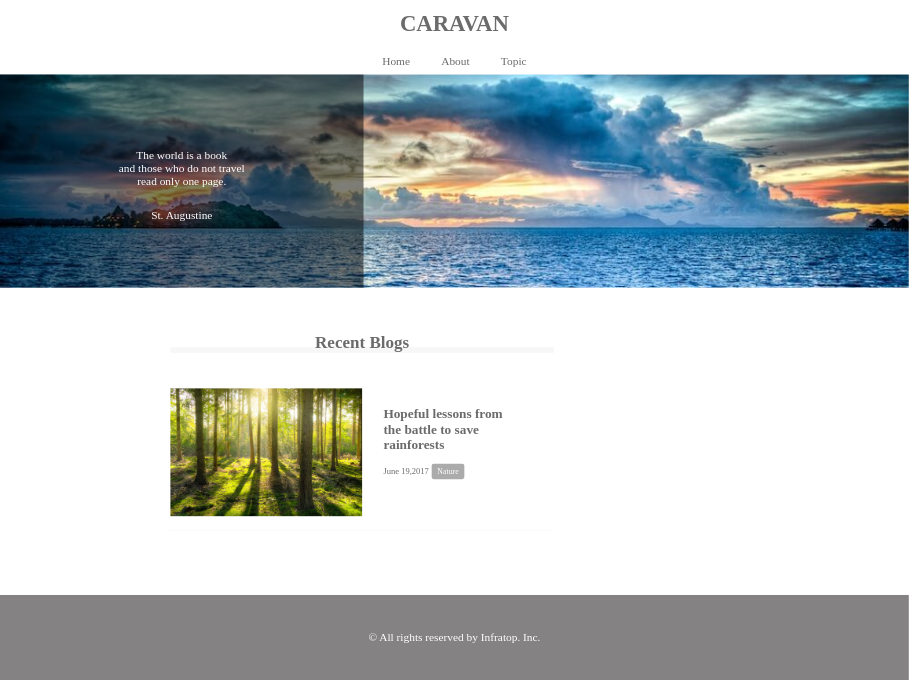
Repository: hira14t/git-practice
Page: caravan/index.html
The author's editor kept a record of every edit. The page is drawn from the files as they stood at one moment, then again after the next edit.
The browser window is 1280 px wide. The pictures show the whole page, at 71% of full size.

Above is the page before.

### caravan/index.html
<!DOCTYPE html>
<html lang="ja">
  <head>
    <meta charset="UTF-8" />

    <link rel="stylesheet" href="style.css" />
    <title>CARAVAN</title>
  </head>

  <body>

    <header>
      <h1 class="heading">
        <a href="index.html">
        CARAVAN
        </a>
      </h1>
    </header>

    <nav>
     <ul class="nav-list">
      <li class="nav-list-item">
        <a href="index.html">Home</a>
      </li>
      <li class="nav-list-item">About</li>
      <li class="nav-list-item">Topic</li>
     </ul>
    </nav>

    <div class="main-visual">
      <div class="main-visual-content">
        <p class="main-visual-text">
          The world is a book <br/>
          and those who do not travel </br>
          read only one page.
        </p>
        <p class="main-visual-name">
          St. Augustine
        </p>
      </div>
    </div>

    <main>
      <section class="blog">
        <h2 class="blog-heading">Recent Blogs</h2>
        <div class="blog-box">
          <div class="blog-item">
            <img class="blog-image" src="img/forest.jpg"/>
            <section class="blog-text">
              <h3 class="blog-text-heading">
                <a href="single.html">
                  Hopeful lessons from<br>
                  the battle to save<br>
                  rainforests
                </a>
              </h3>
              <p class="blog-date">June 19,2017</p>
              <span class="category">Nature</span>

            </section>
          </div>
        </div>
      </section>

      <div class="sidebar"></div>
    </main>


    <div class="main">
      <div class="blog"></div>
      <div class="sidebar"></div>
    </div>


    <footer>
      <p class="footer-text">© All rights reserved by Infratop. Inc.</p>
    </footer>


  </body>
</html>

### caravan/style.css
* {
  margin: 0;
  padding: 0;
  box-sizing: border-box;
  color: #6c6b6b;
}

a {
    text-decoration: none;
}

header {
    width: 90%;
    padding: 15px 0;
    margin: 0 auto;
    text-align: center;
}

.social i {
  display: inline-block;
  margin-left: 20px;
}

header.heading {
    font-size: 32px;
}

.nav-list {
    text-align: center;
    padding: 10px 0;
    margin: 0 auto;
}

.nav-list-item {
    list-style: none;
    display: inline-block;
    margin: 0 20px;
}

.main-visual {
  width: 100%;
  height: 300px;
  background-image: url(img/mv.jpg);
  background-size: cover;
  background-position: center;
}

.main-visual-content {
  width: 40%;
  height: 300px;
background-color: rgba(0,0,0,0.5);
text-align: center;
padding-top: 105px;
}

.main-visual-text {
  color: #fff
}

.main-visual-name {
  margin-top: 30px;
  color: #fff
}

main{
  width: 800px;
  display: flex;
  justify-contect: center;
  margin: 0 auto;
  padding: 70px 0;
}

.blog {
 width: 540px;
 margin-right: 30px;
}

.blog-heading {
  border-bottom: 8px solid #f7f7f7;
  text-align: center;
  line-height: 0.6;
}

.blog-box {
  padding-top: 50px;
}

.blog-item {
  padding-bottom: 20px;
  margin-bottom: 20px;
  border-bottom: 1px solid #f7f7f7;
  display: flex;
  justify-content: flex-start;
}

.blog-image {
  height: 180px;
}

.blog-text {
  padding: 25px 0 0 30px;
}

.blog-text-heading {
  padding-bottom: 15px;
}

.blog-date {
  font-size: 12px;
  display: inline-block;
}

.category {
  display: inline-block;
  padding: 5px 8px;
  background-color: #acabab;
  border-radius: 3px;
  color: #fff;
  font-size: 11px;
}

.pagination {
  text-align: center;
  padding-top: 50px;
}

.pagination p {
  display: inline-block;
  width: 30px;
  height: 30px;
  margin: 0 5px;
  color: #fff;
  background-color: #acabab;
  border-radius: 3px;
  line-height: 30px;
}

.sidebar {
 width: 230px;
}

.common-heading {
  border-bottom: 8px solid #f7f7f7;
  text-align: center;
  line-height: 0.6;
}

.sidebar-contents {
  padding: 50px 0;
}

.popular-text,
.categories-text {
  padding-bottom: 5px;
  border-bottom: 1px solid #f7f7f7;
  margin-bottom: 5px;
}

.popular-text:last-child,
.categories-text:last-child {
  margin: 0;
  padding: 0;
  border: none;
}

.instagram .sidebar-contents {
  display: flex;
  flex-wrap: wrap;
}

.instagram-box {
  width: 110px;
  padding-top: 110px;
  background-size: cover;
  background-position: center;
  margin-bottom: 10px;
}

.instagram-box:nth-child(odd) {
  margin: 10px;
}

.instagram-box:nth-child(1) {
  background-image: url(img/airport.jpg);
}

.instagram-box:nth-child(2) {
  background-image: url(img/japan.jpg);
}

.instagram-box:nth-child(3) {
  background-image: url(img/snow.jpg);
}

.instagram-box:nth-child(4) {
  background-image: url(img/japan2.jpg);
}

.instagram-box:nth-child(5) {
  background-image: url(img/lake.jpg);
}

.instagram-box:nth-child(6) {
  background-image: url(img/road.jpg);
}

footer {
  width: 100%;
  height: 120px;
  text-align: center;
  line-height: 120px;
  background-color: #848282;
}

.footer-text {
    color: #fff;
}

After the next edit:
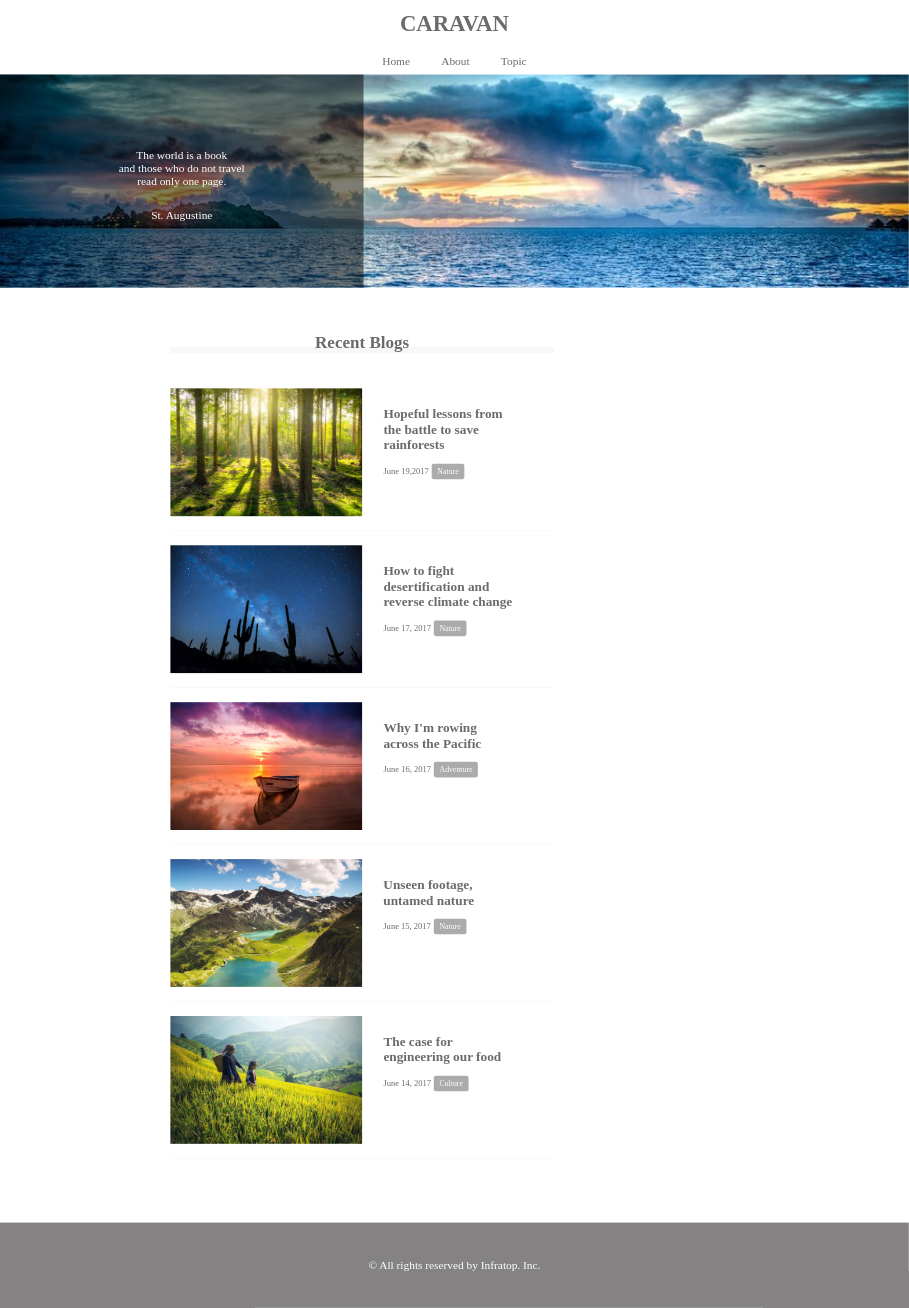
The edit:
--- a/caravan/index.html
+++ b/caravan/index.html
@@ -59,6 +59,70 @@
 
             </section>
           </div>
+
+
+
+
+
+
+          <div class="blog-item">
+            <img class="blog-image" src="img/desert.jpg" />
+            <section class="blog-text">
+              <h3 class="blog-text-heading">
+                <a href="single.html">
+                  How to fight<br>
+                  desertification and<br>
+                  reverse climate change
+                </a>
+              </h3>
+              <p class="blog-date">June 17, 2017</p>
+              <span class="category">Nature</span>
+            </section>
+          </div>
+          <div class="blog-item">
+            <img class="blog-image" src="img/sunset.jpg" />
+            <section class="blog-text">
+              <h3 class="blog-text-heading">
+                <a href="single.html">
+                  Why I'm rowing<br>
+                  across the Pacific
+                </a>
+              </h3>
+              <p class="blog-date">June 16, 2017</p>
+              <span class="category">Adventure</span>
+            </section>
+          </div>
+          <div class="blog-item">
+            <img class="blog-image" src="img/italy.jpg" />
+            <section class="blog-text">
+              <h3 class="blog-text-heading">
+                <a href="single.html">
+                  Unseen footage,<br>
+                  untamed nature
+                </a>
+              </h3>
+              <p class="blog-date">June 15, 2017</p>
+              <span class="category">Nature</span>
+            </section>
+          </div>
+          <div class="blog-item">
+            <img class="blog-image" src="img/asia.jpg" />
+            <section class="blog-text">
+              <h3 class="blog-text-heading">
+                <a href="single.html">
+                  The case for<br>
+                  engineering our food
+                </a>
+              </h3>
+              <p class="blog-date">June 14, 2017</p>
+              <span class="category">Culture</span>
+            </section>
+          </div>
+        </div>
+
+
+
+
         </div>
       </section>
 
